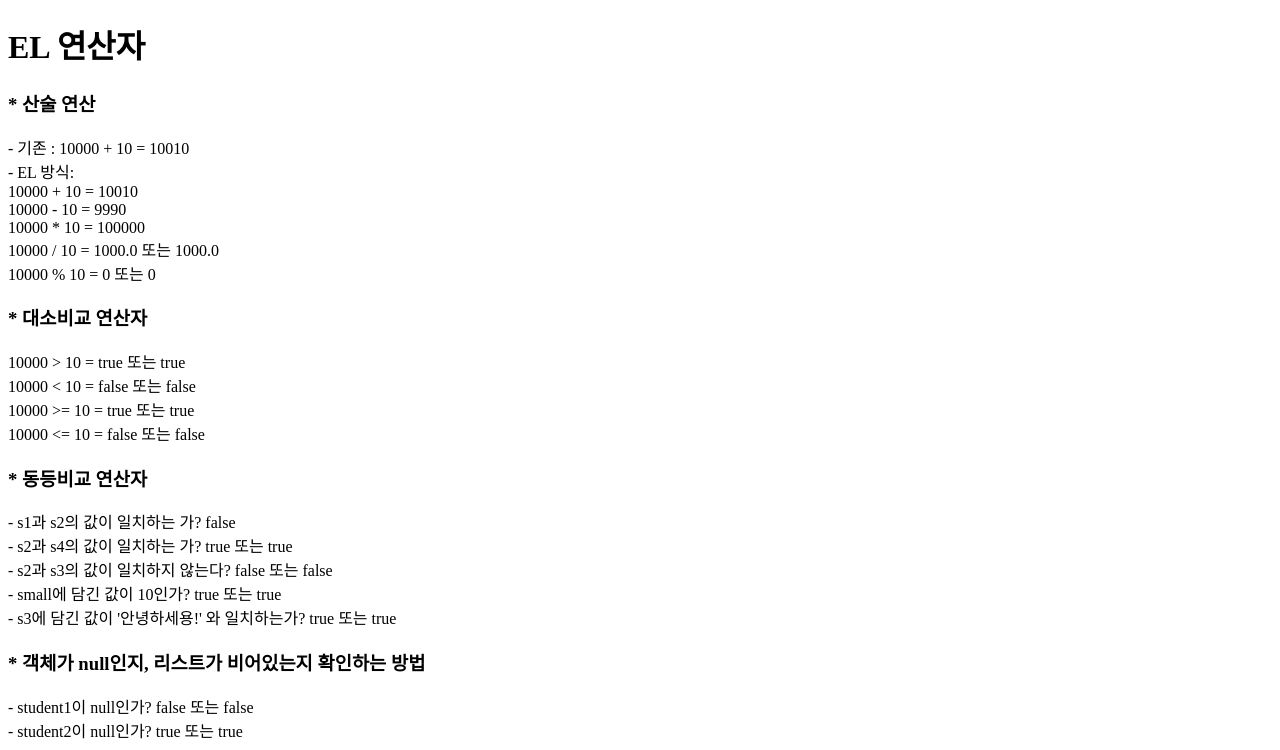
Repository: yoonseo0832/workspace
Page: http://localhost/2_jsp/operator.do
The author's editor kept a copy of each file at every save. The page is drawn from the files as they stood at one save, then again after the next save.
The browser window is 1280 px wide. The pictures show the whole page.
The page is served by Tomcat 9. Other server files are loaded and not shown.

Above is the page before, as saved 2025-03-21 01:16:19.

### 05_server/2_jsp/src/main/webapp/views/2_EL/2_elOperator.jsp
<%@ page language="java" contentType="text/html; charset=UTF-8"
    pageEncoding="UTF-8"%>
<!DOCTYPE html>
<html>
<head>
<meta charset="UTF-8">
<title>EL 연산자</title>
</head>
<body>
	<h1>EL 연산자</h1>

	<h3>* 산술 연산</h3>
	- 기존 : 10000 + 10 =
	<!-- 형변환해야 함 정수타입으로 int, 서블릿에 만들어놓은 변수를 가지고 올때 request.getAttribute()  -->
	<%= (int)request.getAttribute("big") + (int)request.getAttribute("small") %>
	<br>
	- EL 방식: <br>
	10000 + 10 = ${big + small}<br>
	10000 - 10 = ${big - small}<br>
	10000 * 10 = ${big * small}<br>
	<!-- 연산 기호가 아닌 연산자도 있음 -->
	10000 / 10 = ${big / small} 또는 ${big div small }<br>
	10000 % 10 = ${big % small} 또는 ${big mod small }<br>

	<h3>* 대소비교 연산자</h3>
	10000 &gt; 10 = ${big > small} 또는 ${big gt small } <!-- 결과: true --><br>
	10000 &lt; 10 = ${big < small} 또는 ${big lt small }	<!-- 결과: false --><br>
	10000 &gt;= 10 = ${big >= small} 또는 ${big ge small }	<!-- 결과: true --><br>
	10000 &lt;= 10 = ${big <= small} 또는 ${big le small }	<!-- 결과: false -->

	<h3>* 동등비교 연산자</h3>
	- s1과 s2의 값이 일치하는 가? ${s1 == s2 }<br>
	- s2과 s4의 값이 일치하는 가? ${s2 == s4 } 또는 ${s2 eq s4 }<br>
	<%-- EL에서는 문자열에 대한 동등비교가 자바에서의 equals와 같이 동작함 --%>

	- s2과 s3의 값이 일치하지 않는다? ${s2 != s4 } 또는 ${s2 ne s4 }<br>
	<%--리터럴값 값 자체와도 비교 가능 --%>
	- small에 담긴 값이 10인가? ${small ==10 } 또는 ${small eq 10 }<br>

	- s3에 담긴 값이 '안녕하세용!' 와 일치하는가? ${s3 == '안녕하세용!'} 또는 ${s3 eq '안녕하세용!'}<br>
	<%--EL 에서는 문자열 리터럴 표현 시 작은따옴표, 큰따옴표 상관없이 사용 가능 --%>

	<h3>* 객체가 null인지, 리스트가 비어있는지 확인하는 방법</h3>
	- student1이 null인가? ${student1 ==null } 또는 ${student1 eq null}<br>
	- student2이 null인가? ${student2 ==null } 또는 ${empty student2}<br>
</body>
</html>

### 05_server/2_jsp/src/main/java/controller/OperatorServlet.java
package controller;

import java.io.IOException;
import java.util.ArrayList;

import javax.servlet.ServletException;
import javax.servlet.annotation.WebServlet;
import javax.servlet.http.HttpServlet;
import javax.servlet.http.HttpServletRequest;
import javax.servlet.http.HttpServletResponse;
import model.vo.Student;

/**
 * Servlet implementation class OperatorServlet
 */
@WebServlet("/operator.do")
public class OperatorServlet extends HttpServlet {
	private static final long serialVersionUID = 1L;

    /**
     * @see HttpServlet#HttpServlet()
     */
    public OperatorServlet() {
        super();
        // TODO Auto-generated constructor stub
    }

	/**
	 * @see HttpServlet#doGet(HttpServletRequest request, HttpServletResponse response)
	 */
	protected void doGet(HttpServletRequest request, HttpServletResponse response) throws ServletException, IOException {
		// TODO Auto-generated method stub
		request.setAttribute("big", 10000);
		request.setAttribute("small", 10);

		request.setAttribute("s1", "졸리다");
		request.setAttribute("s2", "");
		request.setAttribute("s3", "안녕하세용!");
		request.setAttribute("s4", "");
		request.setAttribute("student1", new Student("신지수", 24, "여자"));

		request.setAttribute("student2", null);
		ArrayList<String> list1 = new ArrayList<>();
		request.setAttribute("list1", list1);

		ArrayList<String> list2 = new ArrayList<>();
		list2.add("빵빵이");
		list2.add("옥지");
		request.setAttribute("list2", list2);

		// 2__elOperator.jsp 페이지로 응답하기(포워딩)
		request.getRequestDispatcher("/views/2_EL/2_elOperator.jsp").forward(request, response);
	}

	/**
	 * @see HttpServlet#doPost(HttpServletRequest request, HttpServletResponse response)
	 */
	protected void doPost(HttpServletRequest request, HttpServletResponse response) throws ServletException, IOException {
		// TODO Auto-generated method stub
		doGet(request, response);
	}

}

### 05_server/2_jsp/src/main/java/model/vo/Student.java
package model.vo;

public class Student {
	private String name;
	private int age;
	private String gender;

	public Student() {
		super();
	}

	public Student(String name, int age, String gender) {
		this.name = name;
		this.age = age;
		this.gender = gender;
	}

	public String getName() {
		return name;
	}

	public void setName(String name) {
		this.name = name;
	}

	public int getAge() {
		return age;
	}

	public void setAge(int age) {
		this.age = age;
	}

	public String getGender() {
		return gender;
	}

	public void setGender(String gender) {
		this.gender = gender;
	}

	@Override
	public String toString() {
		return "Student [name=" + name + ", age=" + age + ", gender=" + gender + "]";
	}

}

After the next save:
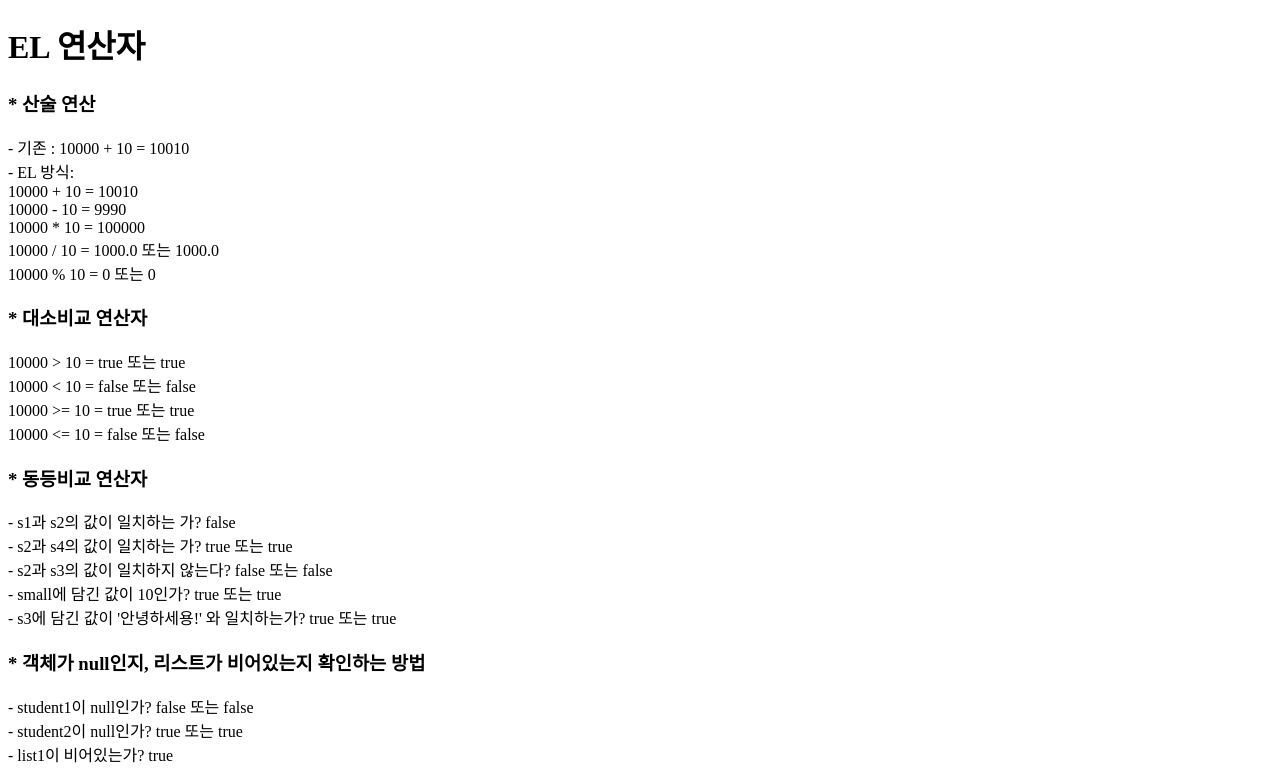
Saved 42 s later.
--- a/05_server/2_jsp/src/main/webapp/views/2_EL/2_elOperator.jsp
+++ b/05_server/2_jsp/src/main/webapp/views/2_EL/2_elOperator.jsp
@@ -43,5 +43,7 @@
 	<h3>* 객체가 null인지, 리스트가 비어있는지 확인하는 방법</h3>
 	- student1이 null인가? ${student1 ==null } 또는 ${student1 eq null}<br>
 	- student2이 null인가? ${student2 ==null } 또는 ${empty student2}<br>
+
+	- list1이 비어있는가? ${ empty list1}
 </body>
 </html>
